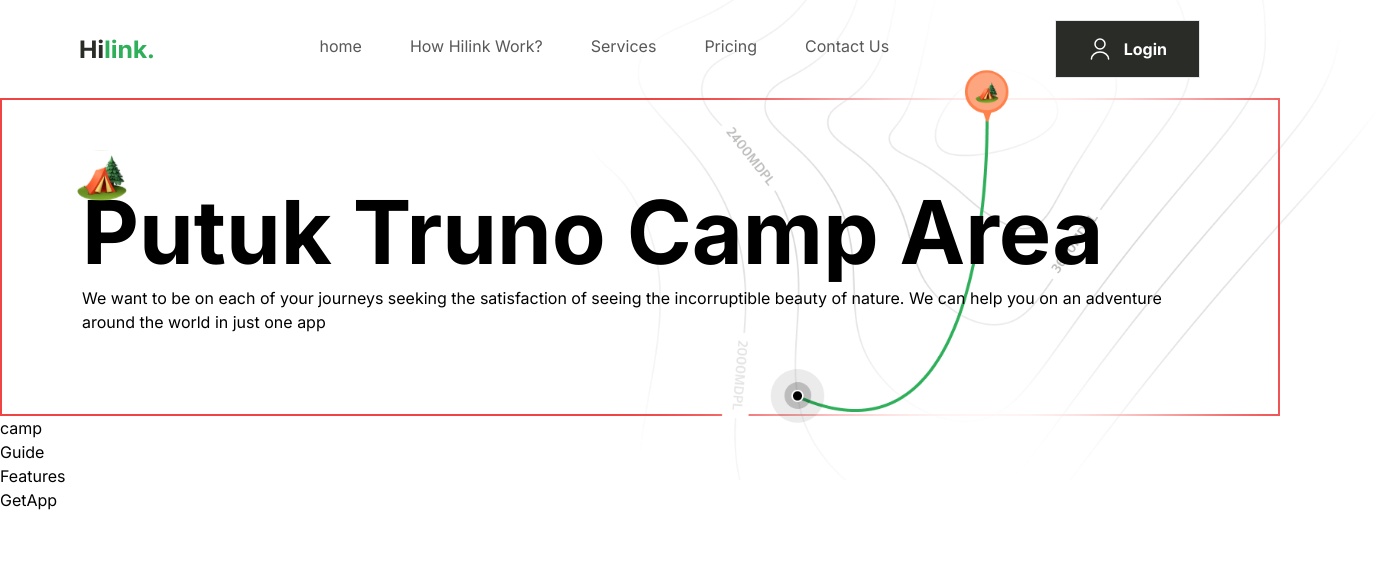
Repository: abdulrahmanmahmood/Travel-App
Page: /
These files come from the project's save history. The page is drawn as it stood at one moment and after the next save; the edit follows.
The browser window is 1280 px wide. The page is 1392 px wide, so the pictures cover 1392 px, including what lies to the right of the window. The pictures show the whole page.
The project was rebuilt for these pictures with package versions that can differ from the ones it lists, and the page was loaded fresh each time. The framework's server and built-in components were replaced by stand-ins that run in the browser. Also part of the build but not shown: next.config.js.

Above is the page before, as saved 2023-11-01 14:21:28.

After the next save:
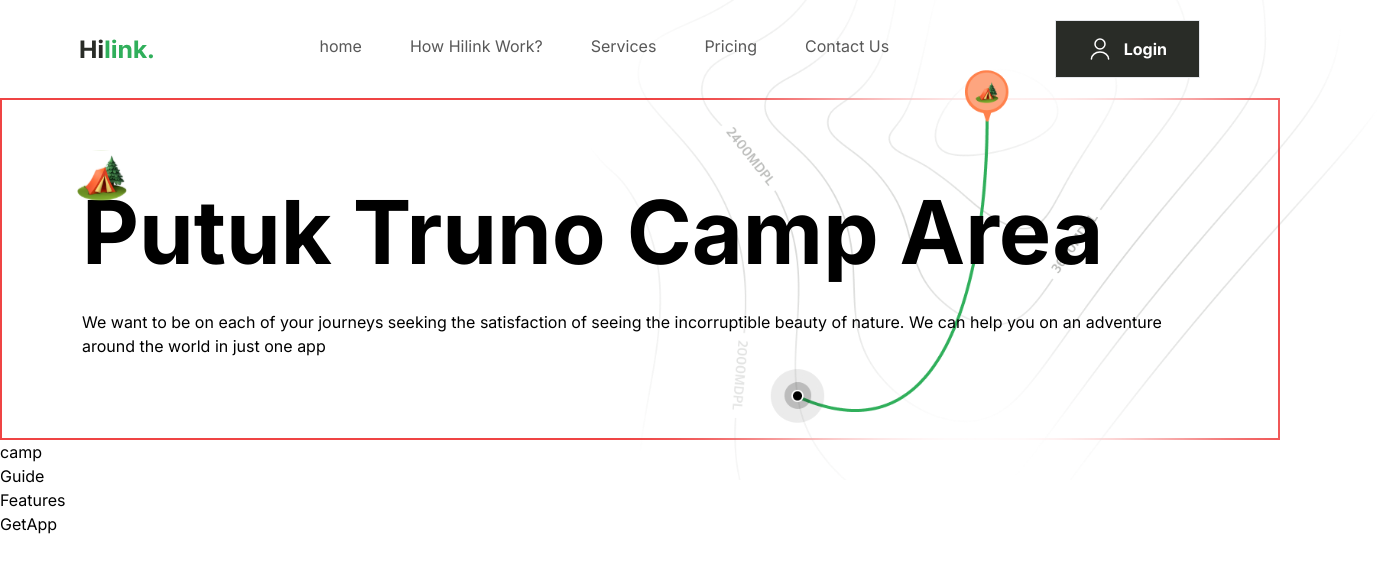
Saved 7 s later.
--- a/components/Hero.tsx
+++ b/components/Hero.tsx
@@ -17,7 +17,7 @@ function Hero() {
           className="absolute left-[-5px] top-[-30px] w-10 lg:w-[50px]"
         />
         <h1 className="bold-52 lg:bold-88">Putuk Truno Camp Area</h1>
-        <p className="regular-16 mt-">
+        <p className="regular-16 mt-6">
           We want to be on each of your journeys seeking the satisfaction of
           seeing the incorruptible beauty of nature. We can help you on an
           adventure around the world in just one app
